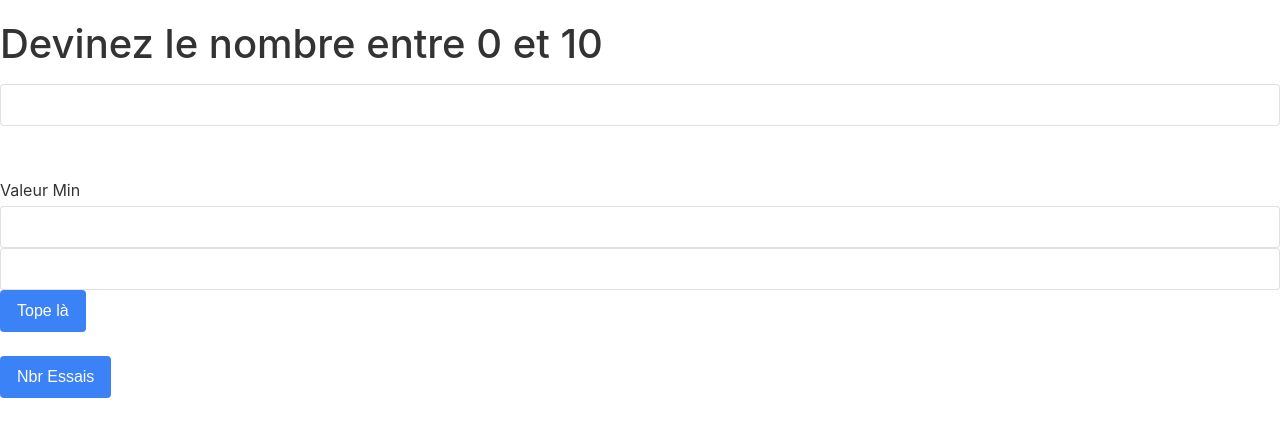
Repository: TheD3us/javaavance
Page: CrazyNumber/WebContent/HTML/Formulaire.html
The author's editor kept a copy of each file at every save. The page is drawn from the files as they stood at one save, then again after the next save.
The browser window is 1280 px wide. The pictures show the whole page.

Above is the page before, as saved 2022-05-03 08:35:35.

### CrazyNumber/WebContent/HTML/Formulaire.html
<!DOCTYPE html>
<html>
<head>
<link rel="stylesheet" href="CSS/marx.min.css"/>
<meta charset="ISO-8859-1">
<title>Les nombres en folie !!!</title>
</head>
<body>
	<form method="GET" action="/CrazyNumber/Formulaire">
	<h1>Devinez le nombre entre 0 et 10</h1>
	<input name="num" type="number" ><br>
	<br>
	<label>Valeur Min</label>
	<input type="number" name="min">
	<input type="number" name="max">
	<input type="submit" value="Tope là"><br>
	<br>
	</form>
	<form method="POST" action="/CrazyNumber/Formulaire">
	<input type="submit" value="Nbr Essais">
	</form>
</body>
</html>

Loaded but not shown: CrazyNumber/WebContent/HTML/CSS/marx.min.css (library)

After the next save:
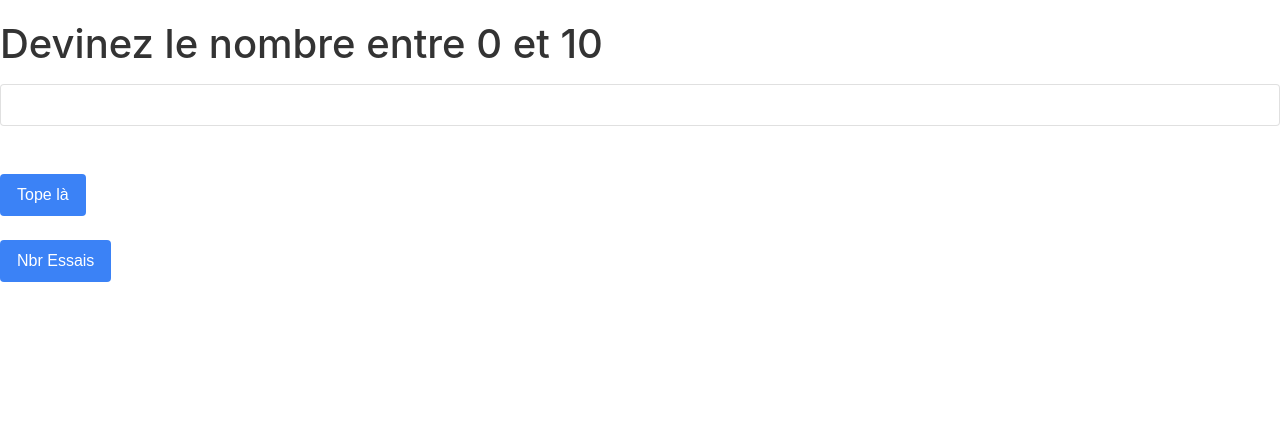
Saved 3 s later.
--- a/CrazyNumber/WebContent/HTML/Formulaire.html
+++ b/CrazyNumber/WebContent/HTML/Formulaire.html
@@ -10,9 +10,7 @@
 	<h1>Devinez le nombre entre 0 et 10</h1>
 	<input name="num" type="number" ><br>
 	<br>
-	<label>Valeur Min</label>
-	<input type="number" name="min">
-	<input type="number" name="max">
+
 	<input type="submit" value="Tope là"><br>
 	<br>
 	</form>
